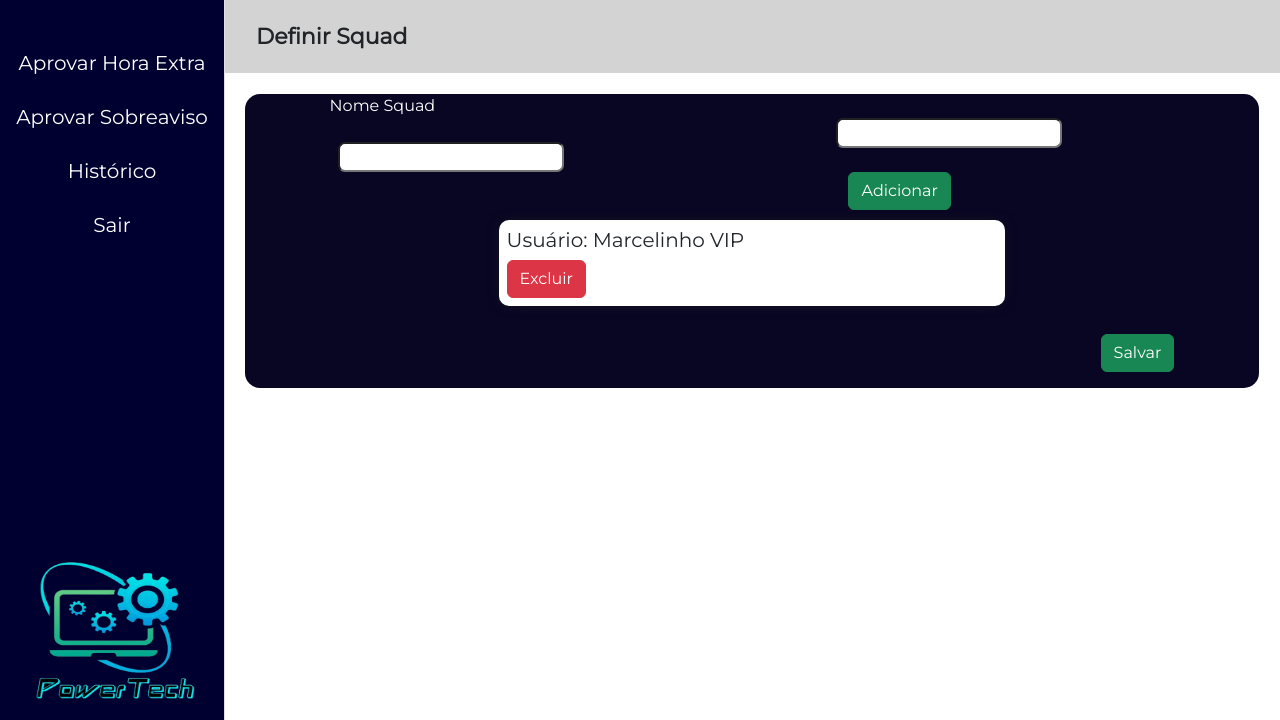
Repository: PowerTech-Fatec/API-2RP-NET
Page: /adm/squad (app in Sprint 3/2rp-web/)
An editor plug-in stored every save of this project. The page is shown before and after the next save, followed by the edit.
The browser window is 1280 px wide. The pictures show the whole page.
The project was rebuilt for these pictures with package versions that can differ from the ones it lists, and the page was loaded fresh each time. Also part of the build but not shown: Sprint 3/2rp-web/src/pages/login/login.js, Sprint 3/2rp-web/src/pages/home/dashboard.js, Sprint 3/2rp-web/src/pages/home/sobreaviso/sobreaviso.css, Sprint 3/2rp-web/src/pages/home/sobreaviso/sobreaviso.js, Sprint 3/2rp-web/src/pages/home/hora-extra/hora-extra.css, Sprint 3/2rp-web/src/pages/home/hora-extra/hora-extra.js, Sprint 3/2rp-web/src/components/cards/Cards.js, Sprint 3/2rp-web/src/pages/home/gestor/aprovar-hora-extra/gestor.js and 3 more.

Above is the page before, as saved 2022-11-05 09:19:01.

### Sprint 3/2rp-web/src/index.js
import React from 'react';
import ReactDOM from 'react-dom/client';
import './index.css';
import App from './App';
import reportWebVitals from './reportWebVitals';
import { BrowserRouter } from 'react-router-dom';
import 'bootstrap/dist/css/bootstrap.min.css';
import 'bootstrap-icons/font/bootstrap-icons.css';

import Popper from '@popperjs/core';
import 'bootstrap/dist/js/bootstrap.bundle.min';

const root = ReactDOM.createRoot(document.getElementById('root'));
root.render(
  <BrowserRouter>
    <App />
  </BrowserRouter>
);

// If you want to start measuring performance in your app, pass a function
// to log results (for example: reportWebVitals(console.log))
// or send to an analytics endpoint. Learn more: https://bit.ly/CRA-vitals
reportWebVitals();

### Sprint 3/2rp-web/src/App.js
import React from 'react'
import './App.css';
import { Routes, Route } from 'react-router-dom'
import Login from './pages/login/login'
import Dashboard from './pages/home/dashboard'
import Sobreaviso from './pages/home/sobreaviso/sobreaviso'
import HoraExtra from './pages/home/hora-extra/hora-extra'
import Gestor from './pages/home/gestor/aprovar-hora-extra/gestor'
import GestorSobreaviso from './pages/home/gestor/aprovar-sobreaviso/gestor-sobreaviso'
import GestorHistorico from './pages/home/gestor/historico/gestor-historico'
import Squad from './pages/home/adm/squad/def-squad'

function App() {
  return (
    <Routes>
      <Route path='/login' element={<Login />} />
      <Route path='/dashboard' element={<Dashboard />} />
      <Route path='/horaextra' element={<HoraExtra />} />
      <Route path='/sobreaviso' element={<Sobreaviso />} />
      <Route path='/gestor' element={<Gestor />} />
      <Route path='/gestor-sobreaviso' element={<GestorSobreaviso />} />
      <Route path='/gestor-historico' element={<GestorHistorico />} />
      <Route path='/adm/squad' element={<Squad />} />
      <Route path='*' element={<Login />} />
    </Routes>

  );
}

export default App;

### Sprint 3/2rp-web/src/App.css
@font-face {
    font-family: 'Montserrat';
    src: url(./assets/fonts/Montserrat-Regular.ttf);
}

*{
    font-family: 'Montserrat';
}

.ml-1{margin-left: 0.25rem;}
.ml-2{margin-left: 0.5rem;}
.ml-3{margin-left: 0.75rem;}
.ml-4{margin-left: 1rem;}
.ml-5{margin-left: 1.25rem;}

### Sprint 3/2rp-web/src/pages/home/adm/squad/def-squad.js
import Sidebar from "../../../../components/sidebar"
import Header from "../../../../components/header/header";
import Card from "../../../../components/cards/Squad"
import './def-squad.css'

import React, { Component, useEffect, useState } from 'react';


function Squad() {
    return (
        <Sidebar>
          <Header nome="Definir Squad"></Header>

          {/* linha 1: nome squad/add colaborador */}
          <div className="background d-flex flex-column aling-itens-center">

            <div>
            <div className="d-flex justify-content-around">
            <div className="col-4">
            <span>
            <label className="font">Nome Squad</label> <input className="squad-name mt-4 mb-4 ml-2"></input>
            </span>
            </div>




            <div className="col-4 d-flex justify-content-end">
            <span>
            <input className="squad-name mt-4 mb-4"></input><button type="button" class="btn btn-success ml-3">Adicionar</button>
            </span>
            </div>

            </div>


            {/* card colaborador */}
            <div className="d-flex flex-column aling-itens-center">
            <Card
              Usuario = "Marcelinho VIP"
            />

            </div>

              <div className="col-11 d-flex justify-content-end mb-3">
              <button type="button" class="btn btn-success mt-1">Salvar</button>
              </div>


            </div>

          </div>
        </Sidebar>
    )
}



export default Squad

### Sprint 3/2rp-web/src/pages/login/login.css
.login{
    background: #090d23
    ;
}
.fundo{
    background-color: #090d23;
    width: 300px;
    height: 50px;
    color: #fff;
}
.fundoback{
    background-color: #262d28;
}
.fundocolor{
    background-color: #090d23;
}
.background{
    background-color: #9A9696;
}
.height{
    height: 100vh;

}
.tpm{
    margin-top: 150px;
}
.input{
    width: 350px;
    height: 40px;
}
.marg{
    margin-top: 100px;
    margin-left: 180px;
}
.svg{
    margin-top: 3px;
}

### Sprint 3/2rp-web/src/components/sidebar.js
import { Drawer, useTheme } from '@mui/material'
import { Box } from '@mui/system'
import './Sidebar.css'
import { Link } from 'react-router-dom'

import React from 'react'

function Sidebar({ children }) {
    const theme = useTheme();




    return (
        <>

            <Drawer variant='permanent'>
                <Box width={theme.spacing(28)} height={theme.spacing(100)} className ='side-bar  '>
                     <div className='texto mt-5'>

                                {/* <Link to='/dashboard' className ='side-links mt-4'>
                                    Dashboard
                                </Link>
                                <Link to='/horaextra' className ='side-links mt-4'>
                                    Apontar Hora Extra
                                </Link>
                                <Link to='/sobreaviso' className ='side-links mt-4' >
                                    Apontar Sobreaviso
                                </Link> */}

                                {/* Associar a lista de link */}
                                {/* <Link to='/gestor-dashboard' className ='side-links mt-4' >
                                    Dashboard
                                </Link> */}
                                <Link to='/gestor' className ='side-links mt-4' >
                                        Aprovar Hora Extra
                                </Link>
                                <Link to='/gestor-sobreaviso' className ='side-links mt-4' >
                                    Aprovar Sobreaviso
                                </Link>
                                <Link to='/gestor-historico' className ='side-links mt-4' >
                                    Histórico
                                </Link>


                                <Link to='/login' className ='side-links mt-4' >
                                    Sair
                                </Link>

                    </div>
                    <div className='footer'>
                        <img src={require('../assets/powertech.png')} height='140px' width='160px' />
                    </div>
                </Box>
            </Drawer>

            <Box height="100vh" marginLeft={theme.spacing(28)}>
                {children}
            </Box>
        </>
    );
}

export default Sidebar

### Sprint 3/2rp-web/src/components/header/header.js
import './header.css'

import React from 'react'

function Header(props) {

    return (
        <>
            <div className='bg-title'>
                <span className='title'>{props.nome}</span>
            </div>
        </>
    );
}

export default Header

### Sprint 3/2rp-web/src/pages/home/gestor/aprovar-hora-extra/gestor.css
.background{
    margin-top: 2%;
    margin-left: 2%;
    margin-right: 2%;
    border-radius: 15px;

    background-color: #080622 !important
}

/* .filtro{
    width: 20%;
} */

/* /* .soli{
    margin-left: 15%;
} */

.filtroLabel{
    margin-left: 37%;
} */

.font{
    color: white;
}

### Sprint 3/2rp-web/src/pages/home/gestor/aprovar-sobreaviso/gestor-sobreaviso.css
.background{
    margin-top: 2%;
    margin-left: 2%;
    margin-right: 2%;
    border-radius: 15px;

    background-color: #080622 !important
}

.filtro{
    width: 20%;
}

.soli{
    margin-left: 15%;
}

.filtroLabel{
    margin-left: 37%;
}

.font{
    color: white;
}

### Sprint 3/2rp-web/src/pages/home/gestor/historico/gestor-historico.css
.background{
    margin-top: 2%;
    margin-left: 2%;
    margin-right: 2%;
    border-radius:   15px;

    background-color: #080622 !important;
}

.filtro{
    width: 20%;
}

.soli{
    margin-left: 15%;
}

.filtroLabel{
    margin-left: 37%;
}

.font{
    color: white;
}

### Sprint 3/2rp-web/src/components/cards/Squad.js
import React from "react";
import './Squad.css'

function Card(props) {
    return(
        <div className="card-container mb-4 col-6 offset-3">
            <div className="card-content">

            <div className="card-title ml-2 mt-2">
                <span>
                <h5>Usuário: {props.Usuario}</h5>
                <button type="button" class="btn btn-danger mb-2">Excluir</button>
                </span>
            </div>

            </div>

        </div>
    )
}

export default Card

### Sprint 3/2rp-web/src/pages/home/adm/squad/def-squad.css
.background{
    margin-top: 2%;
    margin-left: 2%;
    margin-right: 2%;
    border-radius: 15px;

    background-color: #080622;
}

.filtro{
    width: 20%;
}

/* .soli{
    margin-left: 15%;
} */

/* .filtroLabel{
    margin-left: 37%;
} */

.font{
    color: white;
}

.squad-name{
    border-radius: 7px;
}

### Sprint 3/2rp-web/src/components/Sidebar.css
.side-links {
    color: #fff;
    text-decoration: none;
    font-size: 20px;
    display: flex;
    justify-content: center;
}

.side-bar {
    background-color: #000030;
}

.footer{
    margin-bottom: 20px;
    margin-left: 35px;
    position: absolute;
    bottom: 0;
}

### Sprint 3/2rp-web/src/components/header/header.css
.bg-title{
    background-color: lightgray;
    padding: 20px 0px;
}

.title{
    font-size: 22px;
    font-weight: bold;
    margin-left: 2rem;
}

### Sprint 3/2rp-web/src/components/cards/Cards.css
.card-container{
    width: 900px;
    overflow: hidden;
    box-shadow: 0px 0px 15px -5px;
    border-radius: 10px;
    /* margin-left: 15%; */
    margin-top: 10px;

    background-color: white;
}

### Sprint 3/2rp-web/src/components/cards/Squad.css
.card-container{
    width: 600px;
    overflow: hidden;
    box-shadow: 0px 0px 15px -5px;
    border-radius: 10px;
    /* margin-left: 15%; */
    margin-top: 10px;

    background-color: white;
}

Loaded but not shown: Sprint 3/2rp-web/public/index.html (common file); Sprint 3/2rp-web/src/index.css (common file); Sprint 3/2rp-web/src/reportWebVitals.js (common file)

After the next save:
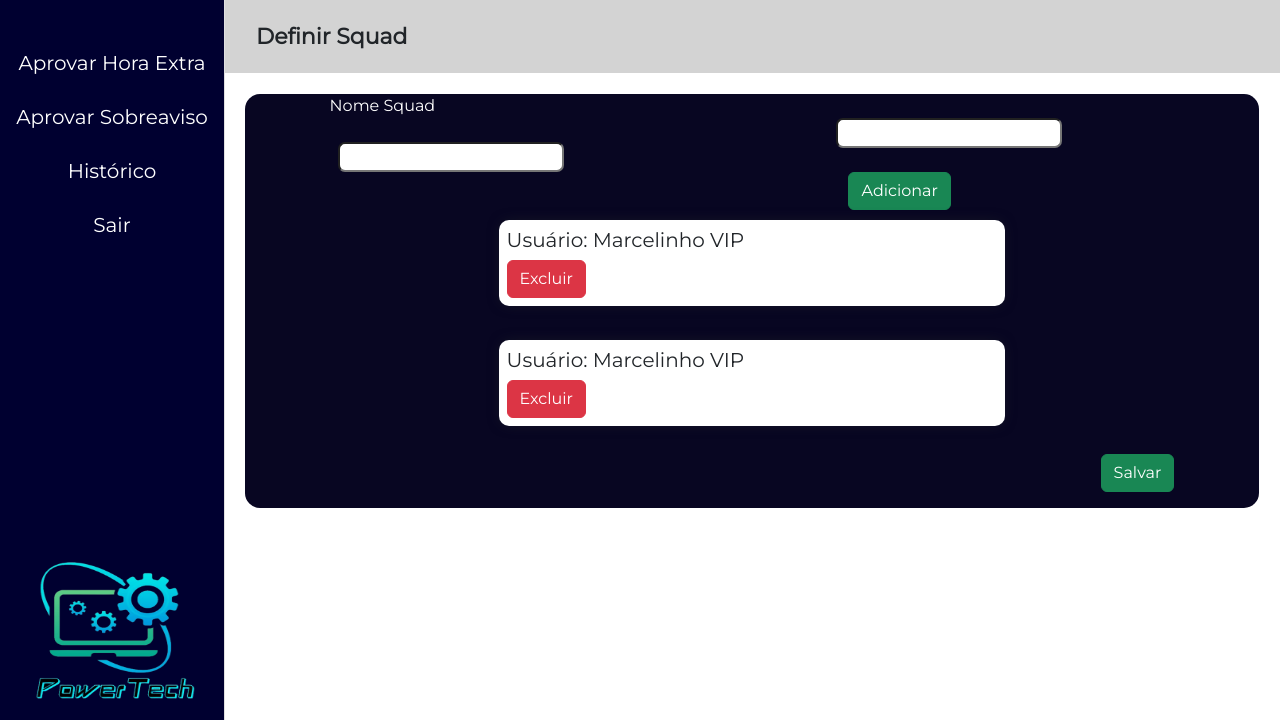
Saved 22 s later.
--- a/Sprint 3/2rp-web/src/pages/home/adm/squad/def-squad.js
+++ b/Sprint 3/2rp-web/src/pages/home/adm/squad/def-squad.js
@@ -40,6 +40,10 @@
               Usuario = "Marcelinho VIP"
             />
 
+<Card
+              Usuario = "Marcelinho VIP"
+            />
+
             </div>
 
               <div className="col-11 d-flex justify-content-end mb-3">

After the save that followed:
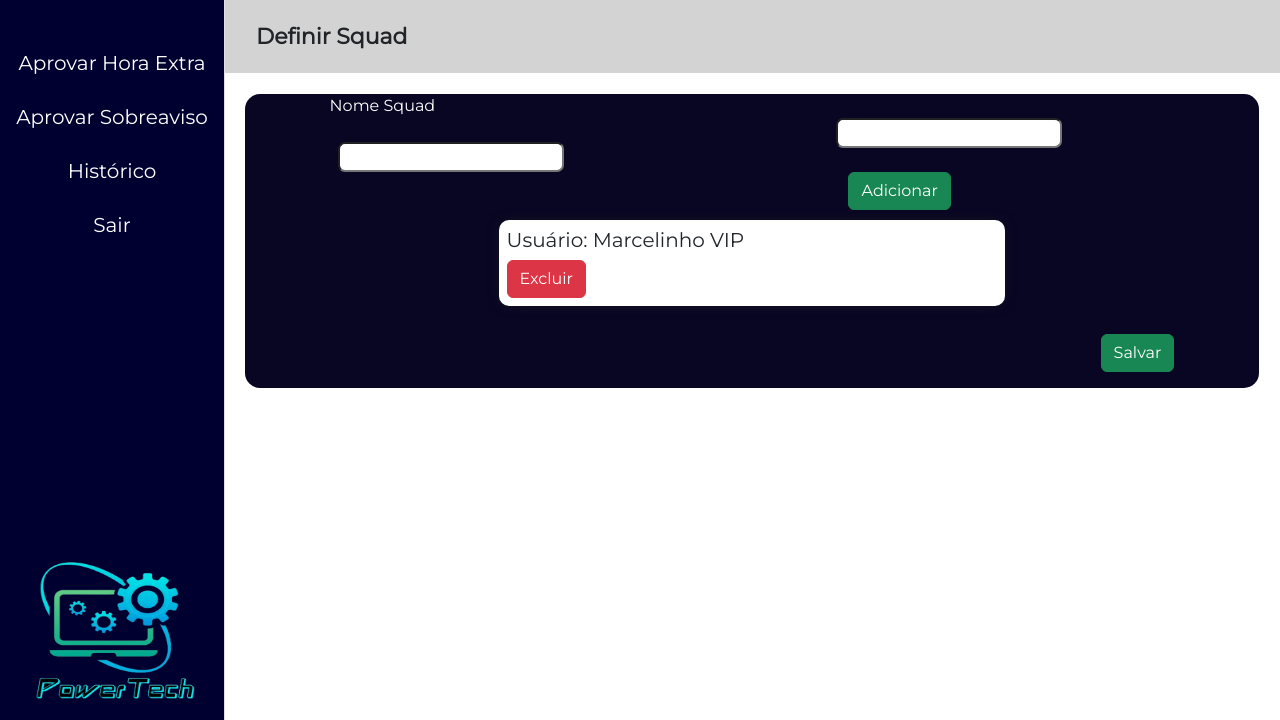
Saved 8 s later.
--- a/Sprint 3/2rp-web/src/pages/home/adm/squad/def-squad.js
+++ b/Sprint 3/2rp-web/src/pages/home/adm/squad/def-squad.js
@@ -40,10 +40,6 @@
               Usuario = "Marcelinho VIP"
             />
 
-<Card
-              Usuario = "Marcelinho VIP"
-            />
-
             </div>
 
               <div className="col-11 d-flex justify-content-end mb-3">
